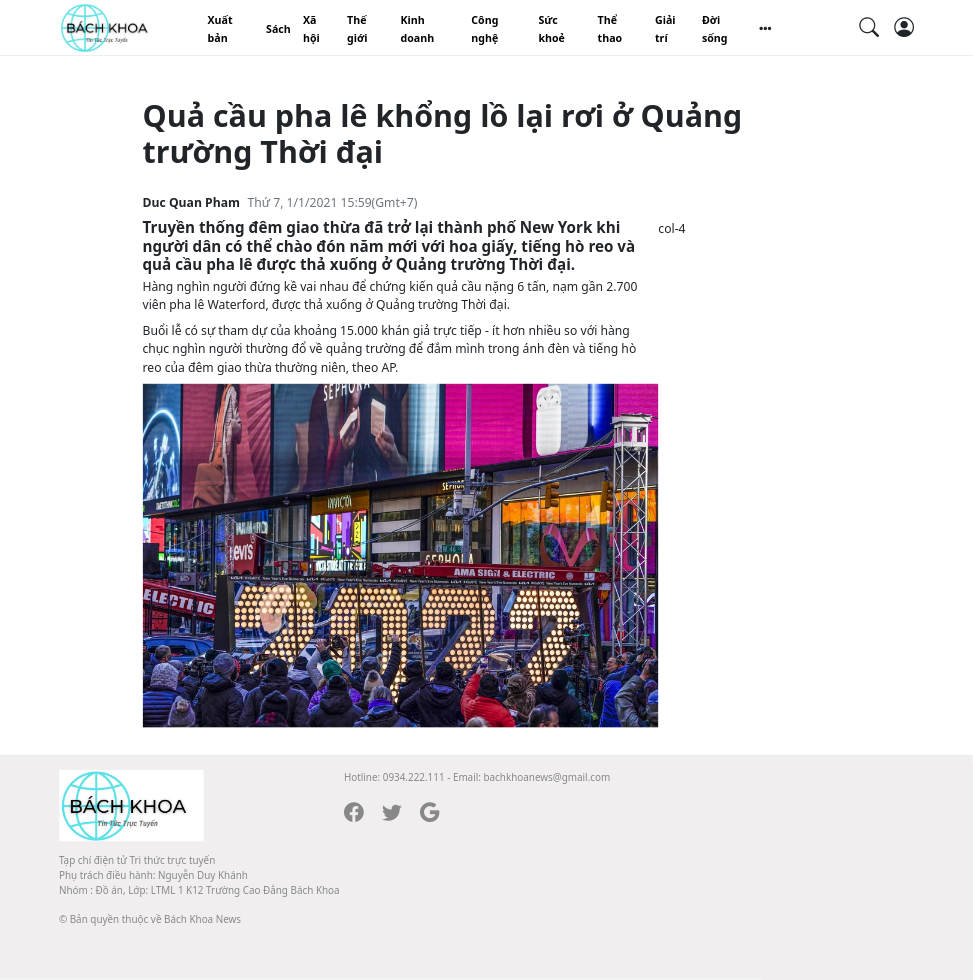
Repository: khanh2324/Java_Web
Page: WebContent/home-new/index.html
An editor plug-in stored every save of this project. The page is shown before and after the next save, followed by the edit.
The browser window is 1280 px wide. The pictures show the whole page, at 76% of full size.
Pictures or frames that could not be fetched are drawn as grey boxes. Some web libraries are served in a nearby version.

Above is the page before, as saved 2022-01-01 16:21:53.

After the next save:
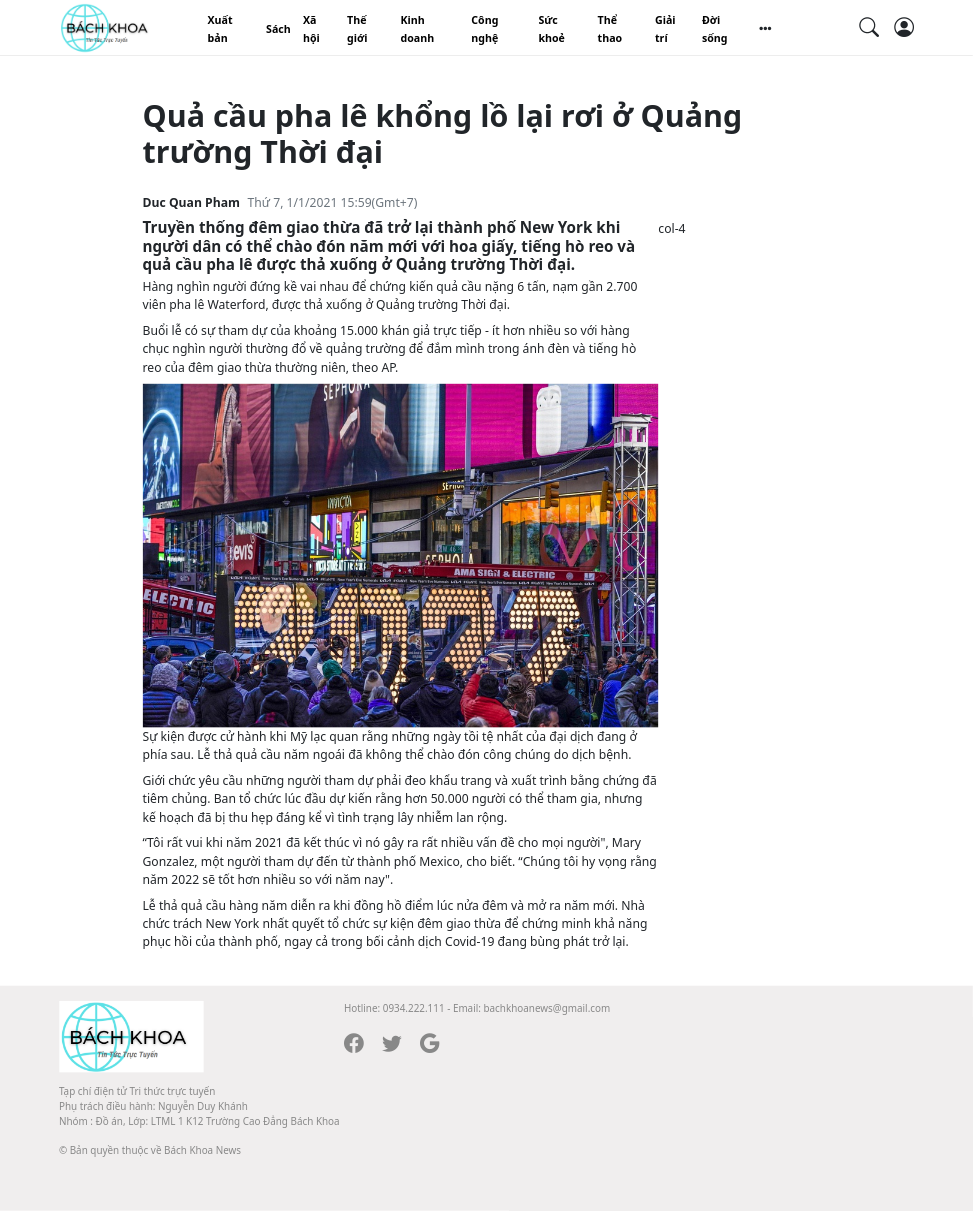
Saved 58 s later.
--- a/WebContent/home-new/index.html
+++ b/WebContent/home-new/index.html
@@ -420,6 +420,13 @@
                                 <div class="category-img">
                                     <img src="./img/newyourk.webp" alt="">
                                 </div>
+                             <p>Sự kiện được cử hành khi Mỹ lạc quan rằng những ngày tồi tệ nhất của đại dịch đang ở phía sau. Lễ thả quả cầu năm ngoái đã không thể chào đón công chúng do dịch bệnh.</p>
+
+                             <p>Giới chức yêu cầu những người tham dự phải đeo khẩu trang và xuất trình bằng chứng đã tiêm chủng. Ban tổ chức lúc đầu dự kiến rằng hơn 50.000 người có thể tham gia, nhưng kế hoạch đã bị thu hẹp đáng kể vì tình trạng lây nhiễm lan rộng.</p>
+
+                                <p>“Tôi rất vui khi năm 2021 đã kết thúc vì nó gây ra rất nhiều vấn đề cho mọi người", Mary Gonzalez, một người tham dự đến từ thành phố Mexico, cho biết. “Chúng tôi hy vọng rằng năm 2022 sẽ tốt hơn nhiều so với năm nay".</p>
+
+                                    <p>Lễ thả quả cầu hàng năm diễn ra khi đồng hồ điểm lúc nửa đêm và mở ra năm mới. Nhà chức trách New York nhất quyết tổ chức sự kiện đêm giao thừa để chứng minh khả năng phục hồi của thành phố, ngay cả trong bối cảnh dịch Covid-19 đang bùng phát trở lại.</p>
                             </div>
 
                         <div class="col-3">col-4</div>
